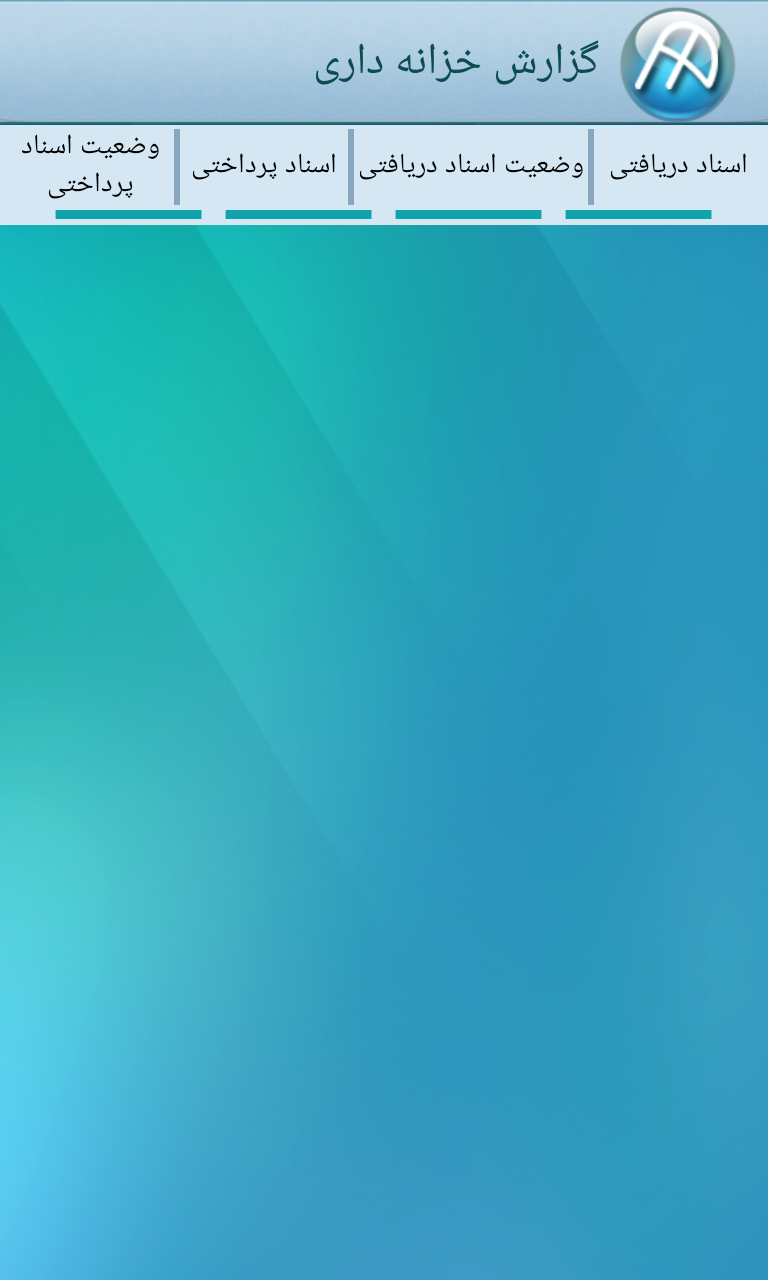
Repository: AtiehPardaz/Reports-Mobile
Layout: Reportsmobile/res/layout/activity_khazane.xml
The author's editor kept a copy of each file at every save. The layout is drawn from the files as they stood at one save, then again after the next save.
It is drawn on a 768 x 1280 px phone screen (xhdpi) without system bars, with theme Theme.behzad; the app's code is not run. Lists and similar views that code fills are empty.

Above is the layout before, as saved 2015-03-11 13:46:34.

### Reportsmobile/res/layout/activity_khazane.xml
<RelativeLayout xmlns:android="http://schemas.android.com/apk/res/android"
    android:layout_width="fill_parent"
    android:layout_height="fill_parent"
    android:background="@drawable/backgroundsade" >

    <LinearLayout
        android:layout_width="match_parent"
        android:layout_height="match_parent"
        android:orientation="vertical" >

        <LinearLayout
            android:layout_width="match_parent"
            android:layout_height="wrap_content"
            android:background="@drawable/actionbar"
            android:gravity="right" >

            <TextView
                android:id="@+id/textView1"
                android:layout_width="wrap_content"
                android:layout_height="wrap_content"
                android:layout_gravity="center"
                android:layout_marginRight="10dp"
                android:text="گزارش خزانه داری"
                android:textAppearance="?android:attr/textAppearanceLarge"
                android:textColor="@color/blue_titleactionbar" />

            <ImageButton
                android:id="@+id/imgbtn_menu_khazane"
                android:layout_width="wrap_content"
                android:layout_height="wrap_content"
                android:layout_gravity="center"
                android:layout_marginRight="15dp"
                android:background="@drawable/homebutton"
                android:onClick="btnmenu"
                android:src="@drawable/btn_clickmenu" />
        </LinearLayout>

        <LinearLayout
            android:layout_width="match_parent"
            android:layout_height="40dp"
            android:background="@color/blue_actionbar2color"
            android:gravity="center"
            android:orientation="horizontal" >

 <Button
     android:id="@+id/tabbtn_vaziatasnadpardakhti_khazane"
     android:layout_width="80dp"
     android:layout_height="wrap_content"
     android:background="@color/blue_actionbar2color"
     android:text="وضعیت اسناد پرداختی"
     android:textSize="14sp" />

            <View
                android:id="@+id/View02"
                android:layout_width="3dp"
                android:layout_height="50dp"
                android:layout_gravity="top"
                android:layout_margin="2dp"
                android:background="#88a6bd" />

            <Button
                android:id="@+id/tabbtn_asnadpardakhti_khazane"
                android:layout_width="80dp"
                android:layout_height="wrap_content"
                android:background="@color/blue_actionbar2color"
                android:text="اسناد پرداختی"
                android:textSize="14sp" />

            <View
                android:id="@+id/View012"
                android:layout_width="3dp"
                android:layout_height="50dp"
                android:layout_gravity="top"
                android:layout_margin="2dp"
                android:background="#88a6bd" />

            <Button
                android:id="@+id/tabbtn_vaziatasnaddaryafti_khazane"
                android:layout_width="wrap_content"
                android:layout_height="40dp"
                android:background="@color/blue_actionbar2color"
                android:text="وضعیت اسناد دریافتی"
                android:textSize="14sp" />

            <View
                android:id="@+id/View03"
                android:layout_width="3dp"
                android:layout_height="50dp"
                android:layout_gravity="top"
                android:layout_margin="2dp"
                android:background="#88a6bd" />

            <Button
                android:id="@+id/tabbtn_asnaddaryafti_khazane"
                android:layout_width="80dp"
                android:layout_height="wrap_content"
                android:background="@color/blue_actionbar2color"
                android:text="اسناد دریافتی"
                android:textSize="14sp" />
        </LinearLayout>

        <LinearLayout
            android:layout_width="match_parent"
            android:layout_height="10dp"
            android:layout_gravity="center"
            android:background="@color/blue_actionbar2color"
            android:gravity="center" >

<ImageButton
    android:id="@+id/imgbtn_underline_vaziatasnadpardakhti_khazane"
    android:layout_width="80dp"
    android:layout_height="wrap_content"
    android:layout_marginRight="5dp"
    android:background="@drawable/underline" />


            <ImageButton
                android:id="@+id/imgbtn_underline_asnadpardakhti_khazane"
                android:layout_width="80dp"
                android:layout_height="wrap_content"
                android:layout_marginRight="5dp"
                android:background="@drawable/underline" />

            <ImageButton
                android:id="@+id/imgbtn_underline_vaziatasnaddaryafti_khazane"
                android:layout_width="80dp"
                android:layout_height="wrap_content"
                android:layout_marginRight="5dp"
                android:background="@drawable/underline" />

            <ImageButton
                android:id="@+id/imgbtn_underline_asnaddaryafti_khazane"
                android:layout_width="80dp"
                android:layout_height="wrap_content"
                android:background="@drawable/underline" />
        </LinearLayout>

        <LinearLayout
            android:layout_width="match_parent"
            android:layout_height="wrap_content"
            android:orientation="vertical" >

            <android.support.v4.view.ViewPager
                android:id="@+id/pagerkhazane"
                android:layout_width="match_parent"
                android:layout_height="match_parent" >
            </android.support.v4.view.ViewPager>
        </LinearLayout>
    </LinearLayout>

    <LinearLayout
        android:id="@+id/linearmenu_khazane"
        android:layout_width="match_parent"
        android:layout_height="match_parent"
        android:background="@drawable/backmenutransparent"
        android:gravity="right"
        android:visibility="gone" >

        <LinearLayout
            android:layout_width="wrap_content"
            android:layout_height="wrap_content"
            android:layout_gravity="center|top"
            android:layout_marginRight="2dp"
            android:layout_marginTop="55dp"
            android:background="@drawable/menubackground"
            android:gravity="right|center"
            android:orientation="vertical" >

            <ImageButton
                android:id="@+id/imgbtn_forosh_khazane"
                android:layout_width="wrap_content"
                android:layout_height="wrap_content"
                android:layout_marginTop="5dp"
                android:background="@drawable/btnforosh"
                android:src="@drawable/btn_click" />

            <ImageButton
                android:id="@+id/imgbtn_khazane_khazane"
                android:layout_width="wrap_content"
                android:layout_height="wrap_content"
                android:background="@drawable/btnkhazane"
                android:src="@drawable/btn_click" />

            <ImageButton
                android:id="@+id/imgbtn_hesabdari_khazane"
                android:layout_width="wrap_content"
                android:layout_height="wrap_content"
                android:background="@drawable/btnhesabdari"
                android:src="@drawable/btn_click" />

            <ImageButton
                android:id="@+id/imgbtn_kala_khazane"
                android:layout_width="wrap_content"
                android:layout_height="wrap_content"
                android:background="@drawable/btnkala"
                android:src="@drawable/btn_click" />

            <ImageButton
                android:id="@+id/imgbtn_domain_khazane"
                android:layout_width="wrap_content"
                android:layout_height="wrap_content"
                android:layout_marginBottom="5dp"
                android:background="@drawable/btndomain"
                android:src="@drawable/btn_click" />
        </LinearLayout>
    </LinearLayout>

</RelativeLayout>

### Reportsmobile/res/values/colors.xml
<?xml version="1.0" encoding="utf-8"?>
<resources>

    <color name="first_row_text_color">#000000</color>
    <color name="holidays_text_color">#FF0000</color>
    <color name="first_row_background_color">#DDDDDD</color>

    <!-- solely used on QiblaCompassView -->
    <color name="background_color">#6E97B9</color>
    <color name="marker_color">#FFFFFF</color>
    <color name="text_color">#000000</color>
    <color name="bg_action_green">#3BB18E</color>
    <color name="bg_action_gray"> #dddddd</color>
    <color name="white_color"> #ffffff</color>
    <color name="blue_titlecolor"> #293897</color>
     <color name="blue_actionbar2color"> #d4e7f3</color>
     <color name="blue_titleactionbar"> #0c4c51</color>



</resources>

### Reportsmobile/res/drawable/btn_clickmenu.xml
<selector xmlns:android="http://schemas.android.com/apk/res/android">
<item android:state_focused="true" android:drawable="@drawable/homebtnclick"/>
<item android:state_pressed="true" android:drawable="@drawable/homebtnclick" />
<item android:state_selected="true" android:drawable="@drawable/homebtnclick" />


</selector>

### Reportsmobile/res/drawable/btn_click.xml
<selector xmlns:android="http://schemas.android.com/apk/res/android">
<item android:state_focused="true" android:drawable="@drawable/btnclick"/>
<item android:state_pressed="true" android:drawable="@drawable/btnclick" />

</selector>

Loaded but not shown: Reportsmobile/res/values/styles.xml (common file)

After the next save:
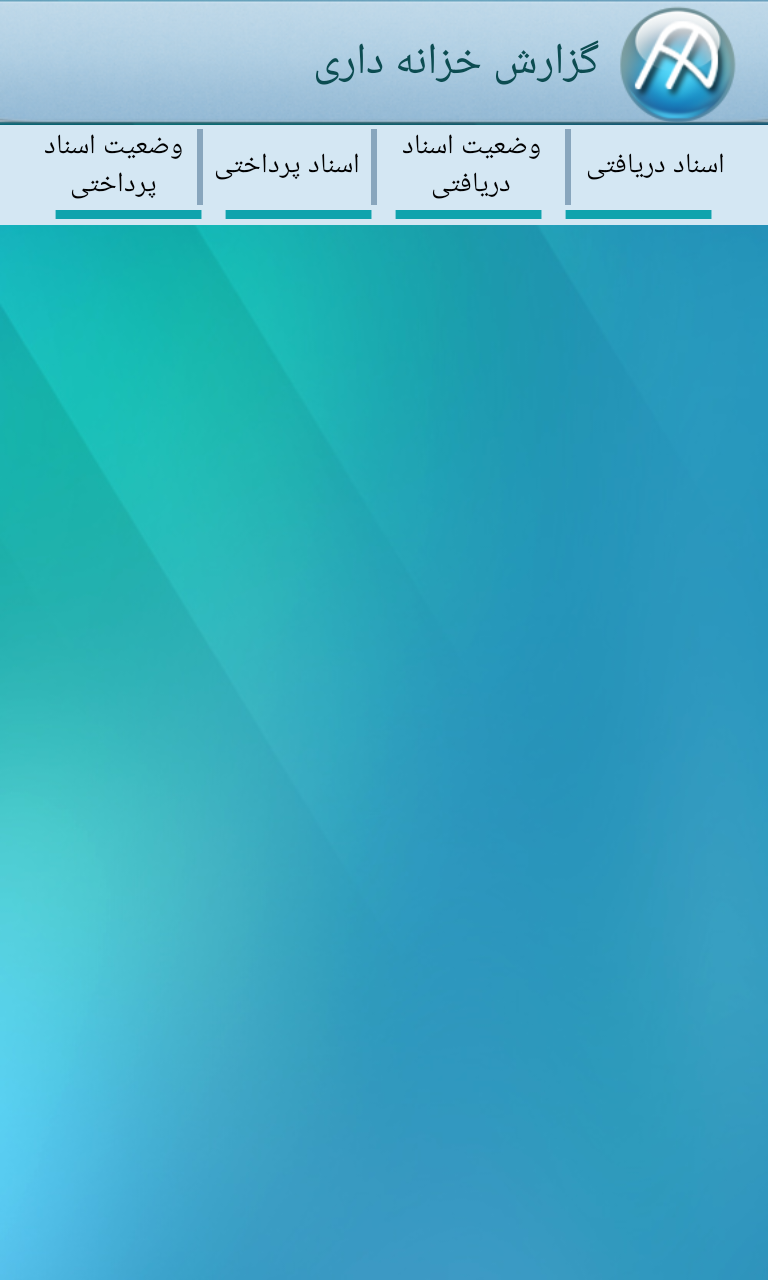
Saved 33 s later.
--- a/Reportsmobile/res/layout/activity_khazane.xml
+++ b/Reportsmobile/res/layout/activity_khazane.xml
@@ -76,7 +76,7 @@
 
             <Button
                 android:id="@+id/tabbtn_vaziatasnaddaryafti_khazane"
-                android:layout_width="wrap_content"
+                android:layout_width="90dp"
                 android:layout_height="40dp"
                 android:background="@color/blue_actionbar2color"
                 android:text="وضعیت اسناد دریافتی"
